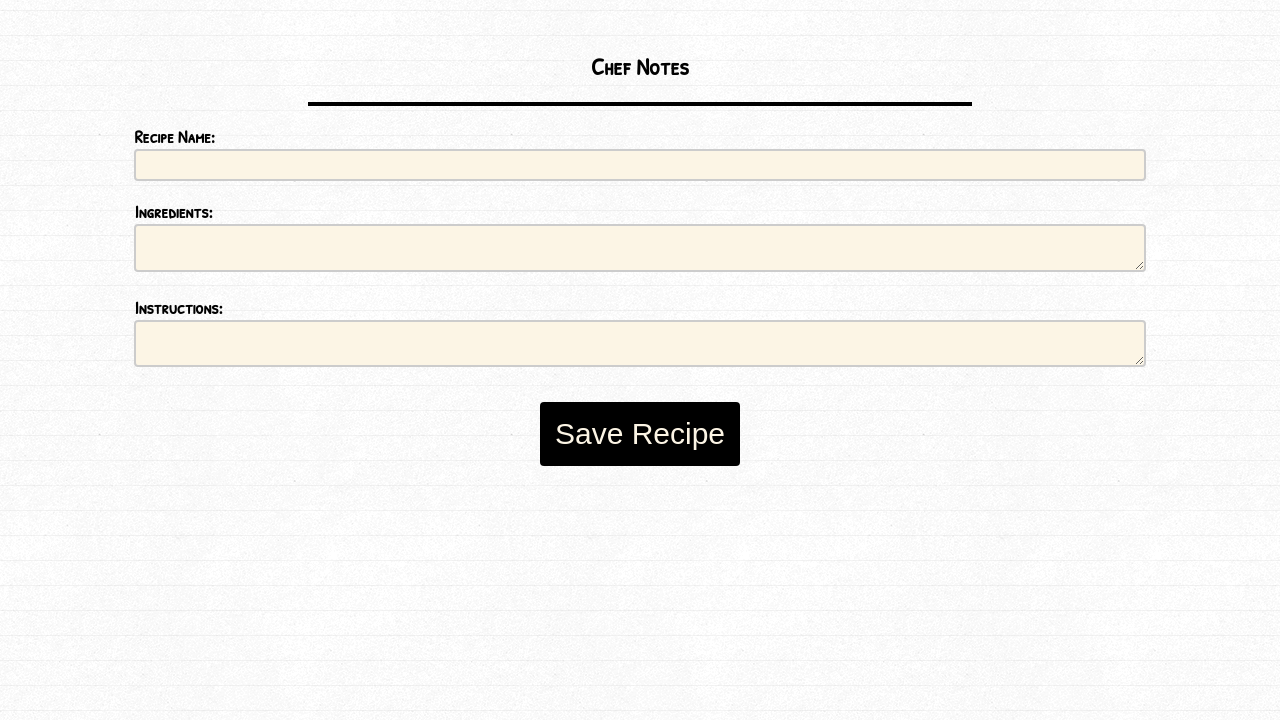
Repository: Chadloswald/RecipeSite
Page: index.html
These files come from the project's save history. The page is drawn as it stood at one moment and after the next save; the edit follows.
The browser window is 1280 px wide. The pictures show the whole page.

Above is the page before, as saved 2023-04-03 20:33:58.

After the next save:
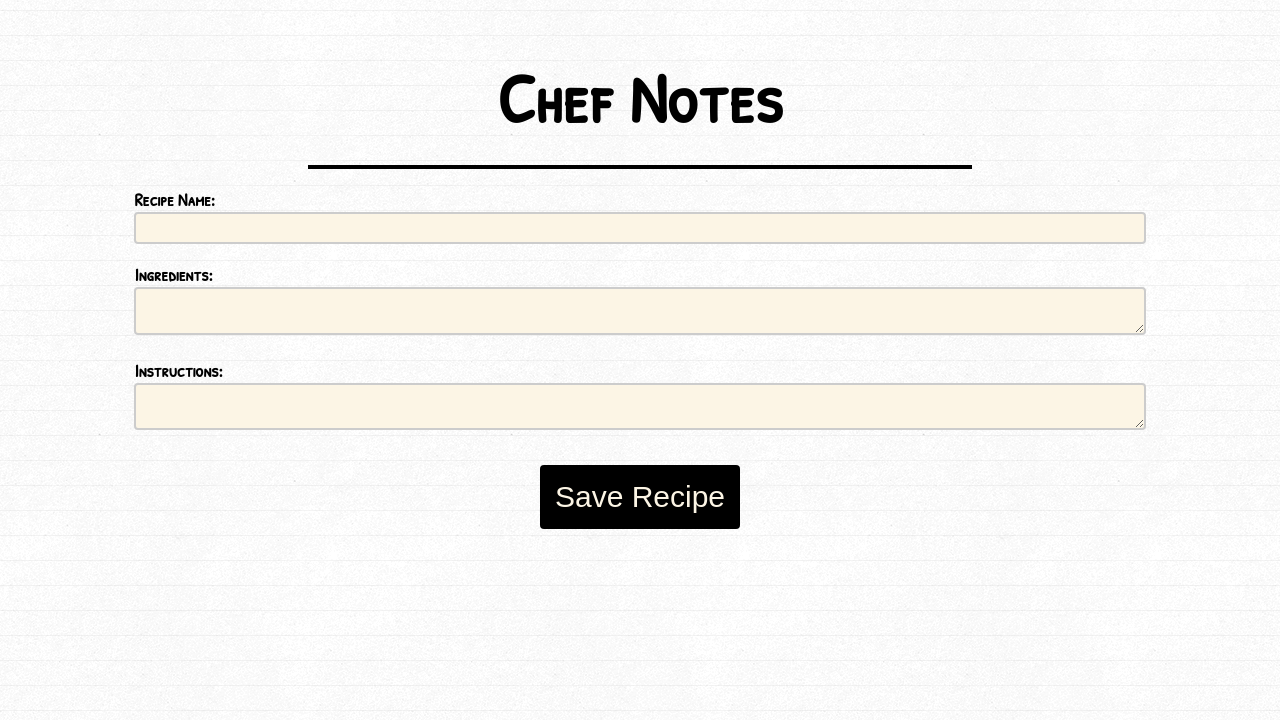
Saved 37 s later.
--- a/style.css
+++ b/style.css
@@ -17,7 +17,7 @@ h1 {
   padding: 20px 0;
   border-bottom: 4px solid black;
   margin: 0 300px;
-  font-size: x-large;
+  font-size: 70px;
 }
 /* @media (max-width: 600px) {
   h1 {
